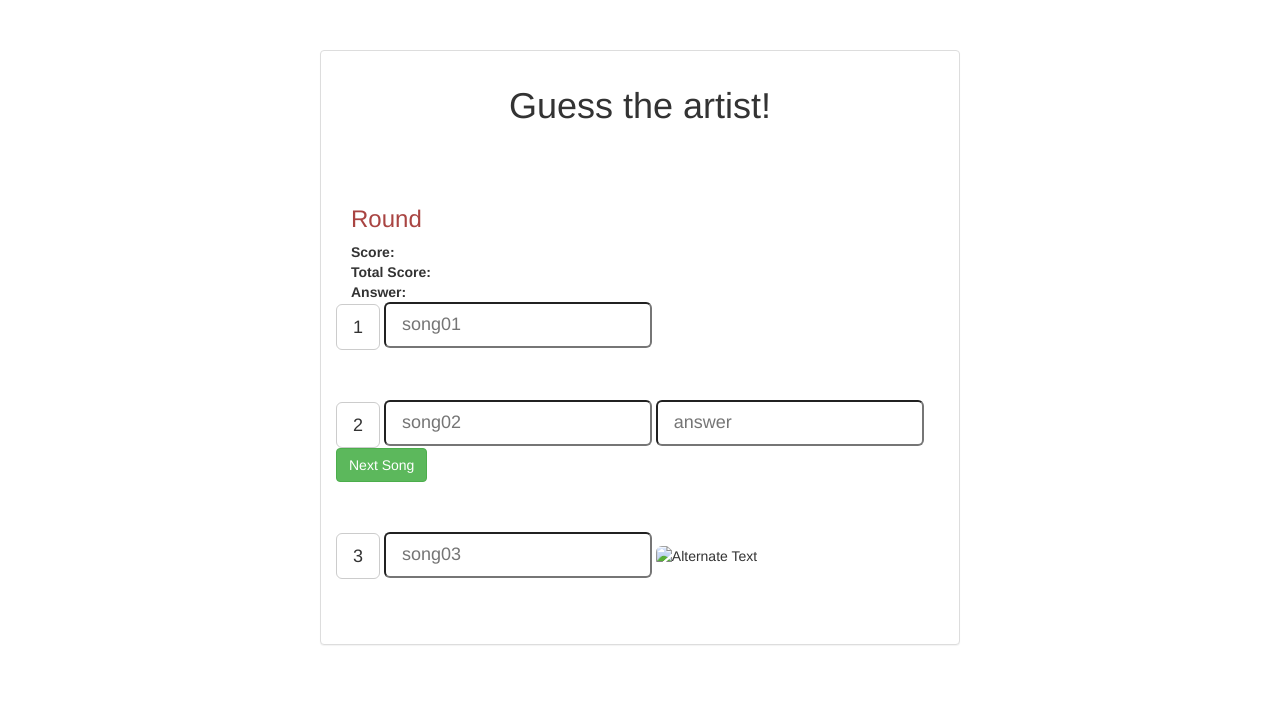
Repository: VladLevishevGIT/MyProjects
Page: Java/GuessTheArtistQuizWeb/WebContent/GuessTheArtist.html
These files come from the project's save history. The page is drawn as it stood at one moment and after the next save; the edit follows.
The browser window is 1280 px wide. The pictures show the whole page.
The page's requests for data from a server got no answer.

Above is the page before, as saved 2017-03-16 14:25:10.

After the next save:
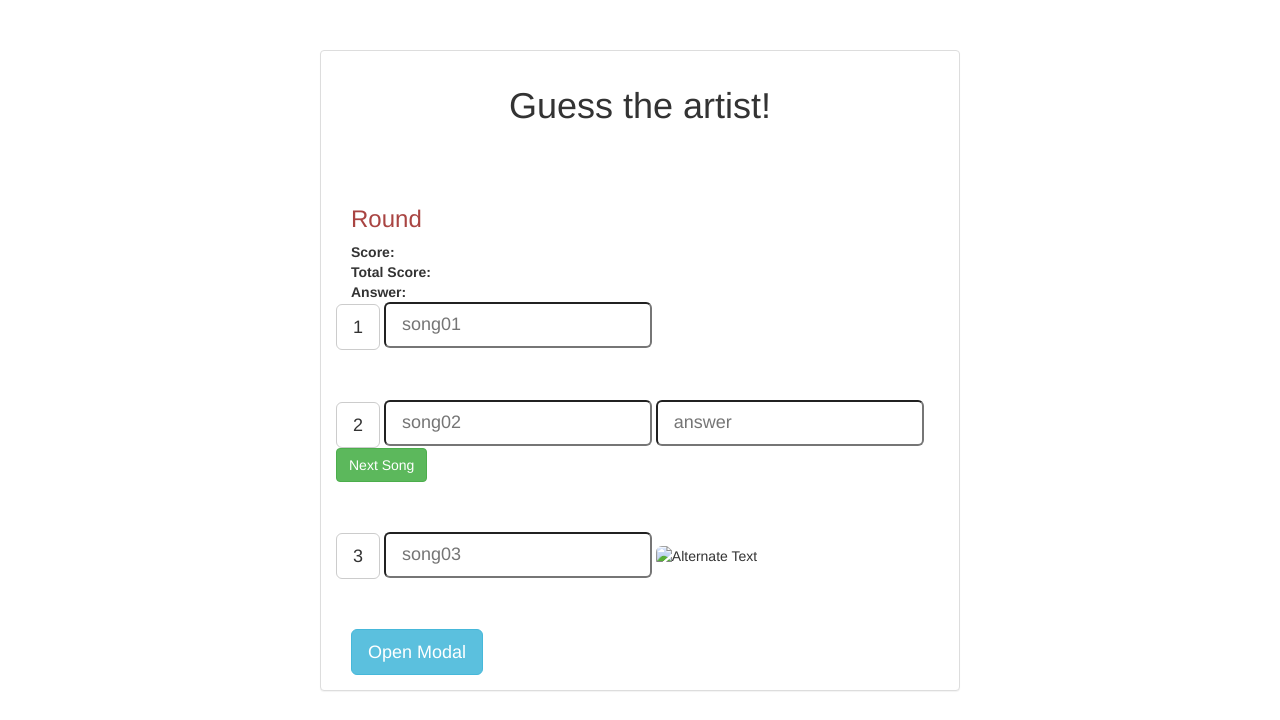
Saved 8 min 54 s later.
--- a/Java/GuessTheArtistQuizWeb/WebContent/GuessTheArtist.html
+++ b/Java/GuessTheArtistQuizWeb/WebContent/GuessTheArtist.html
@@ -50,9 +50,29 @@
                     </div>
                         <div style="height:50px"></div>
                     </div>
-                    <div class="modal" ng-show=true>
-                    	<div><strong>TEST</strong></div>
-                    </div>
+                    <!-- Trigger the modal with a button -->
+<button type="button" class="btn btn-info btn-lg" data-toggle="modal" data-target="#myModal">Open Modal</button>
+
+<!-- Modal -->
+<div id="myModal" class="modal fade" role="dialog">
+  <div class="modal-dialog">
+
+    <!-- Modal content-->
+    <div class="modal-content">
+      <div class="modal-header">
+        <button type="button" class="close" data-dismiss="modal">&times;</button>
+        <h4 class="modal-title">Modal Header</h4>
+      </div>
+      <div class="modal-body">
+        <p>Some text in the modal.</p>
+      </div>
+      <div class="modal-footer">
+        <button type="button" class="btn btn-default" data-dismiss="modal">Close</button>
+      </div>
+    </div>
+
+  </div>
+</div>
             </div>
         </div>
 </body>
